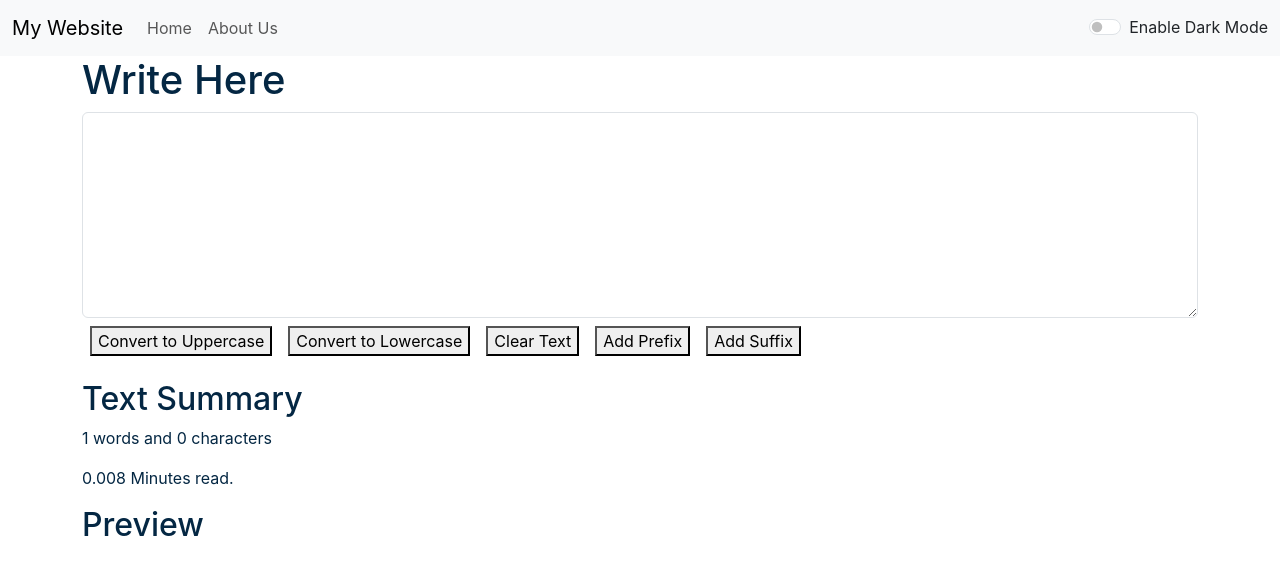
Repository: WajihaGul/Reactjs
Page: /
An editor plug-in stored every save of this project. The page is shown before and after the next save, followed by the edit.
The browser window is 1280 px wide. The pictures show the whole page.
The project was rebuilt for these pictures with package versions that can differ from the ones it lists, and the page was loaded fresh each time. Also part of the build but not shown: src/App.css.

Above is the page before, as saved 2024-02-07 22:07:13.

After the next save:
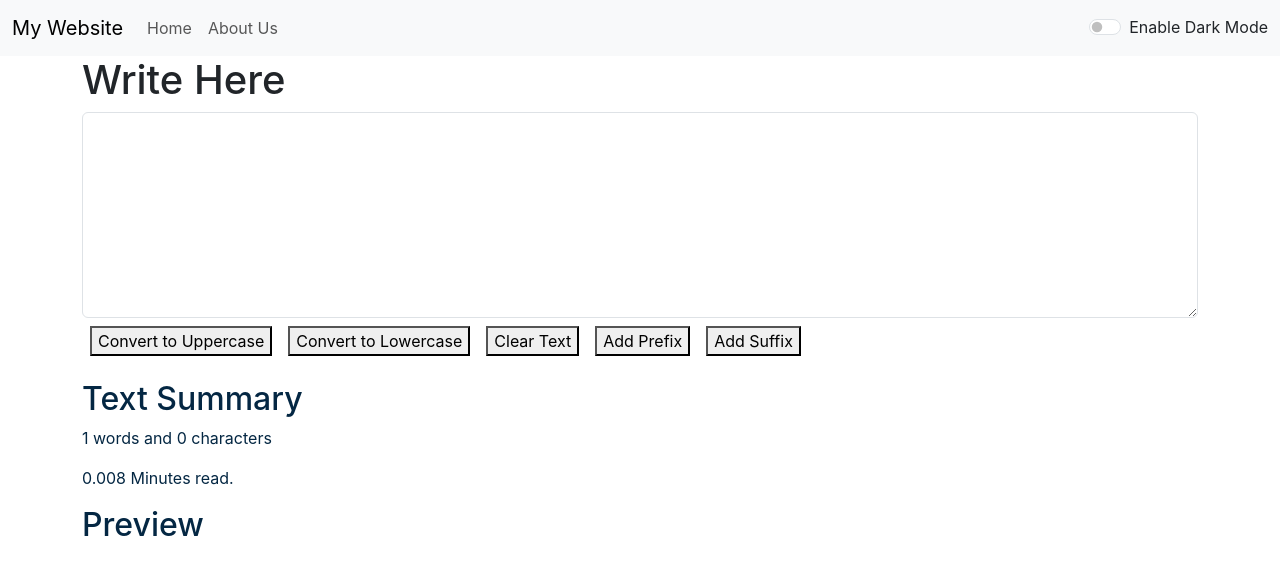
Saved 11 h 35 min later.
--- a/src/Components/TextArea.js
+++ b/src/Components/TextArea.js
@@ -34,7 +34,7 @@ export default function TextArea(props) {
 
     return (
         <>
-            <div className="container" style={{ color: props.mode === 'dark' ? 'white' : '#042743' }}>
+            <div className="container" >
                 <h1>Write Here</h1>
                 <textarea className="form-control" value={text} onChange={textOnChange} style={{ backgroundColor: props.mode === 'dark' ? '#13466e' : 'white', color: props.mode === 'dark' ? 'white' : '#042743' }} id="myBox" rows="8"></textarea>
                 <button className="btn1 mx-2 my-2" onClick={textUpper}>Convert to Uppercase</button>
